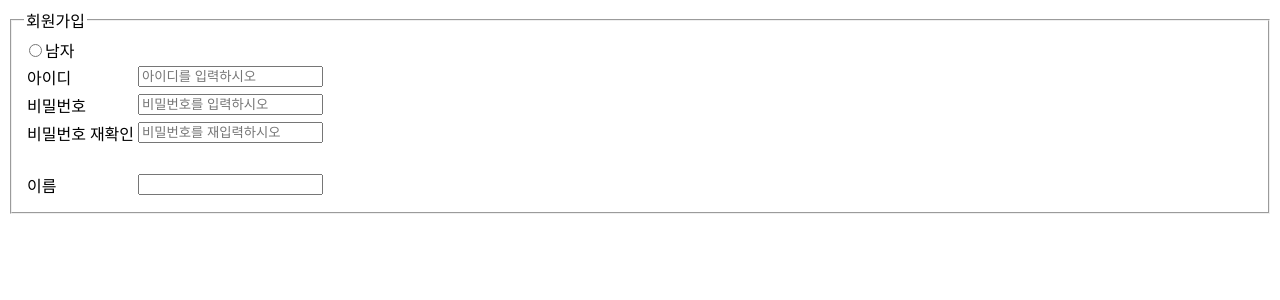
Repository: Scoobi-wisdoom/web
Page: d011/web/register.html
These files come from the project's save history. The page is drawn as it stood at one moment and after the next save; the edit follows.
The browser window is 1280 px wide. The pictures show the whole page.

Above is the page before, as saved 2020-08-05 08:32:02.

### d011/web/register.html
<!DOCTYPE html>
<html>
<head>
<meta charset="EUC-KR">
<title>회원 가입</title>
</head>
<body>
<form action="register" method="GET">
	<fieldset>
		<legend>회원가입</legend>
		<table>
			<tr>
				<td>
					아이디
				</td>
				<td>
					<input type="text" name="id" size="20" placeholder="아이디를 입력하시오">
				</td>
			</tr>
			<tr>
				<td>
					비밀번호
				</td>
				<td>
					<input type="password" name="pwd" size="20" placeholder="비밀번호를 입력하시오">
				</td>
			</tr>
			<tr>
				<td>
					비밀번호 재확인
				</td>
				<td>
					<input type="password" name="rpwd" size="20" placeholder="비밀번호를 재입력하시오">
				</td>
			</tr>
				<td>
					<br>
				</td>
			<tr>
			</tr>
			<tr>
				<td>
					이름
				</td>
				<td>
					<input type="text" name="name">
				</td>
			</tr>
			<tr>
				<input type="radio" name="r1" value="man">남자
			</tr>


		</table>
	</fieldset>
</form>
</body>
</html>

After the next save:
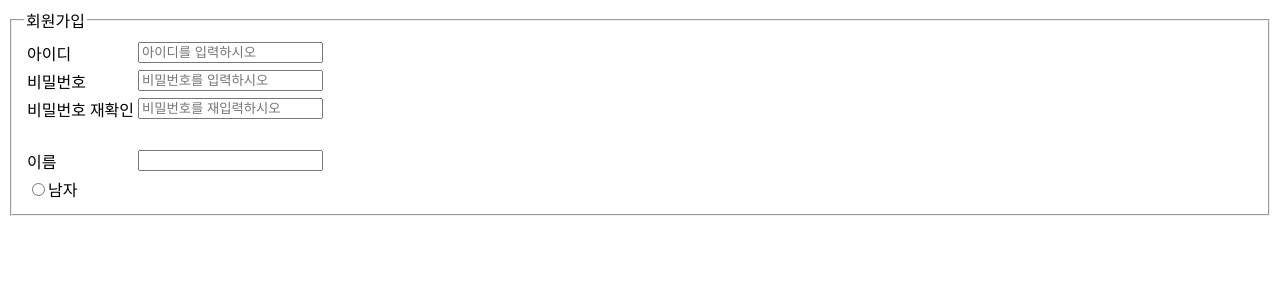
Saved 39 s later.
--- a/d011/web/register.html
+++ b/d011/web/register.html
@@ -47,7 +47,10 @@
 				</td>
 			</tr>
 			<tr>
-				<input type="radio" name="r1" value="man">남자
+				<td>
+					<input type="radio" name="r1" value="man">남자
+				</td>
+
 			</tr>
 
 
